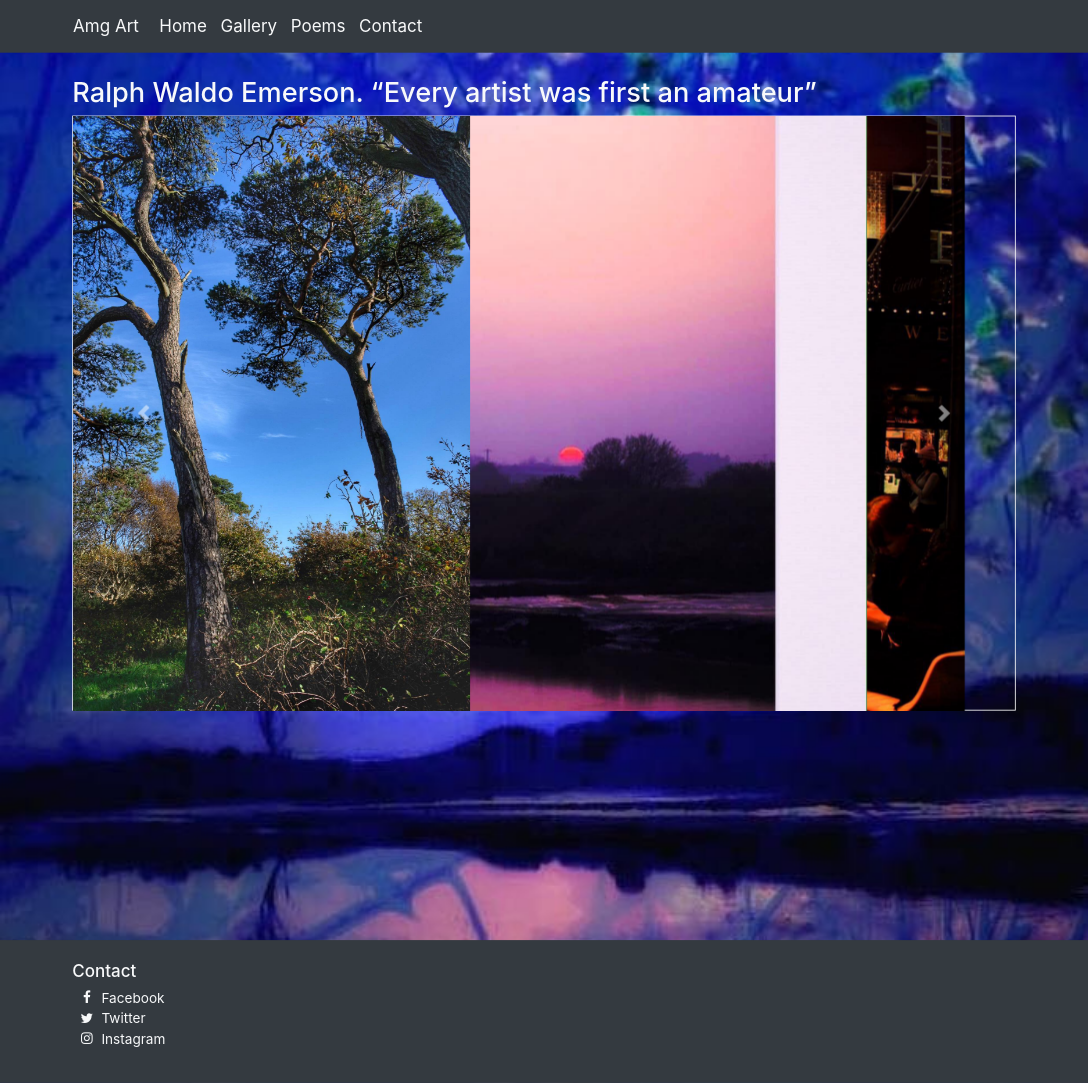
Repository: AllenGleeson/AmgArtGallery
Page: index.html
The author's editor kept a record of every edit. The page is drawn from the files as they stood at one moment, then again after the next edit.
The browser window is 1280 px wide. The pictures show the whole page, at 85% of full size.

Above is the page before.

### index.html
<!DOCTYPE html>
<html>

<head>
    <meta charset="UTF-8">
    <meta name="viewport" content="width=device-width, initial-scale=1.0">
    <meta http-equiv="X-UA-Compatible" content="ie=edge">
    <link rel="stylesheet" href="https://stackpath.bootstrapcdn.com/bootstrap/4.3.1/css/bootstrap.min.css" type="text/css" />
    <link rel="stylesheet" href="https://stackpath.bootstrapcdn.com/font-awesome/4.7.0/css/font-awesome.min.css" type="text/css" />
    <link rel="stylesheet" href="assets/css/style.css" type="text/css" />
</head>

<body>
    <header class="bg-dark mb-2">
        <nav class="navbar navbar-expand-sm navbar-light container">
            <a class="navbar-brand text-light" href="./index.html">Amg Art</a>
            <button class="navbar-toggler" type="button" data-toggle="collapse" data-target="#navbarNavAltMarkup" aria-controls="navbarNavAltMarkup" aria-expanded="false" aria-label="Toggle navigation">
                <span class="navbar-toggler-icon"></span>
            </button>
            <div class="collapse navbar-collapse" id="navbarNavAltMarkup">
                <div class="navbar-nav">
                    <a class="nav-item nav-link text-light" href="./index.html">Home</a>
                    <a class="nav-item nav-link text-light" href="./gallery1.html">Gallery</a>
                    <a class="nav-item nav-link text-light" href="./poems.html">Poems</a>
                    <a class="nav-item nav-link text-light active" href="./contact.html">Contact <span class="sr-only">(current)</span></a>
                </div>
            </div>
        </nav>
    </header>

    <section class="container">
        <div>
            <h2 class="text-light">Ralph Waldo Emerson. “Every artist was first an amateur”</h2>
            <div id="FeaturedImages" class="carousel" data-ride="carousel">
                <div class="carousel-inner">
                    <div class="carousel-item active">
                        <img class="d-block" src="assets/images/summertreeshowth.jpg" alt="First slide">
                    </div>
                    <div class="carousel-item">
                        <img class="d-block" src="assets/images/citydreaming.jpg" alt="Second slide">
                    </div>
                    <div class="carousel-item">
                        <img class="d-block" src="assets/images/latespringwicklow.jpg" alt="Third slide">
                    </div>
                    <div class="carousel-item active">
                        <img class="d-block" src="assets/images/sunsetmeath.jpg" alt="First slide">
                    </div>
                    <div class="carousel-item">
                        <img class="d-block" src="assets/images/rose.jpg" alt="Second slide">
                    </div>
                    <div class="carousel-item">
                        <img class="d-block" src="assets/images/poppyfield.jpg" alt="Third slide">
                    </div>
                    <div class="carousel-item active">
                        <img class="d-block" src="assets/images/summertreeshowth.jpg" alt="First slide">
                    </div>
                    <div class="carousel-item">
                        <img class="d-block" src="assets/images/citydreaming.jpg" alt="Second slide">
                    </div>
                    <div class="carousel-item">
                        <img class="d-block" src="assets/images/latespringwicklow.jpg" alt="Third slide">
                    </div>
                </div>
                <a class="carousel-control-prev" href="#FeaturedImages" role="button" data-slide="prev">
                    <span class="carousel-control-prev-icon" aria-hidden="true"></span>
                    <span class="sr-only">Previous</span>
                </a>
                <a class="carousel-control-next" href="#FeaturedImages" role="button" data-slide="next">
                    <span class="carousel-control-next-icon" aria-hidden="true"></span>
                    <span class="sr-only">Next</span>
                </a>
            </div>
        </div>
    </section>

    <footer class="p-4 bg-dark text-light">
        <div class="container">
            <div class="row">
                <div class="col-sm-6">
                    <h5>Contact</h5>

                    <ul class="fa-ul">
                        <li><a href="www.facebook.com/amgasdsd" class="text-light"><i class="fa-li fa fa-facebook"></i><span>Facebook</span></a></li>
                        <li><a href="www.twitter.com/amgasdsd" class="text-light"><i class="fa-li fa fa-twitter"></i><span>Twitter</span></a></li>
                        <li><a href="www.instagram.com/amgasdsd" class="text-light"><i class="fa-li fa fa-instagram"></i><span>Instagram</span></a></li>
                    </ul>
                </div>
            </div>
        </div>
    </footer>

    <script src="https://code.jquery.com/jquery-3.3.1.slim.min.js" integrity="sha384-q8i/X+965DzO0rT7abK41JStQIAqVgRVzpbzo5smXKp4YfRvH+8abtTE1Pi6jizo" crossorigin="anonymous"></script>
    <script src="https://cdnjs.cloudflare.com/ajax/libs/popper.js/1.14.7/umd/popper.min.js" integrity="sha384-UO2eT0CpHqdSJQ6hJty5KVphtPhzWj9WO1clHTMGa3JDZwrnQq4sF86dIHNDz0W1" crossorigin="anonymous"></script>
    <script src="https://stackpath.bootstrapcdn.com/bootstrap/4.3.1/js/bootstrap.min.js" integrity="sha384-JjSmVgyd0p3pXB1rRibZUAYoIIy6OrQ6VrjIEaFf/nJGzIxFDsf4x0xIM+B07jRM" crossorigin="anonymous"></script>
</body>
</html>

### assets/css/style.css
section {
    display: block;
    width: 1800px;
    padding: 20px;
}

/*------------------------------------------------Color*/

.contentColor {
    background-color: #6A5ACD;
}

/*------------------------------------------------Nav Bar*/

.navbar-toggler {
    background-color: #fafafa;
}

.navbar-nav {
    font-size: 20px;
}

body {
    background-image: url("../images/bluescape.jpg");
    background-size: cover;
    background-repeat: no-repeat;
    background-position: center center;
}


/*------------------------------------------------Home Page*/

#FeaturedImages {
    border: 1px solid black;
    border-color: #fafafa;
    max-height: 700px;
    margin-left: auto;
    margin-right: auto;
    width: fit-content;
}

.carousel-item img {
    max-height: 700px;
}

@media only screen and (max-width: 768px) {
    .carousel-item img {
        max-height: 300px;
        max-width: 300px;
    }
}

/*------------------------------------------------Gallery Page*/

.galleryImage {
    max-height: 350px;
    max-width: 100%;
    margin-bottom: 20px;
    -webkit-box-shadow: 21px 11px 53px 0px rgba(235, 209, 235, 0.92);
    -moz-box-shadow: 21px 11px 53px 0px rgba(235, 209, 235, 0.92);
    box-shadow: 21px 11px 53px 0px rgba(235, 209, 235, 0.92);
}

@media only screen and (max-width: 768px) {
    .galleryImage {
        max-height: none;
    }
}

.page-item.disabled .page-link {
    color: #dee2e6;
    pointer-events: none;
    cursor: auto;
    background-color: #343a40;
}

.page-item.active .page-link {
    z-index: 1;
    color: #343a40;
    background-color: #fff;
    border-color: #fff;
}

.page-link {
    position: relative;
    display: block;
    padding: .5rem .75rem;
    margin-left: -1px;
    line-height: 1.25;
    color: #fafafa;
    background-color: #343a40;
    border: 1px solid #dee2e6;
}

/*------------------------------------------------Poems*/

.poems {
    max-width: 100%;
    -webkit-box-shadow: 21px 11px 53px 0px rgba(235, 209, 235, 0.92);
    -moz-box-shadow: 21px 11px 53px 0px rgba(235, 209, 235, 0.92);
    box-shadow: 21px 11px 53px 0px rgba(235, 209, 235, 0.92);
    padding: 0;
    border: none;
}

/*------------------------------------------------Contact*/

.aboutmeContainer {
    -webkit-box-shadow: 21px 11px 53px 0px rgba(235, 209, 235, 0.92);
    -moz-box-shadow: 21px 11px 53px 0px rgba(235, 209, 235, 0.92);
    box-shadow: 21px 11px 53px 0px rgba(235, 209, 235, 0.92);
    margin-bottom: 90px;
}

#aboutmeBio {
    font-size: 22px;
    font-family: Noto Sans, "san-serif";
    color: #fafafa;
}

#aboutImage {
    max-height: 350px;
    max-width: 100%;
    margin-bottom: 20px;
    -webkit-box-shadow: 21px 11px 53px 0px rgba(235, 209, 235, 0.92);
    -moz-box-shadow: 21px 11px 53px 0px rgba(235, 209, 235, 0.92);
    box-shadow: 21px 11px 53px 0px rgba(235, 209, 235, 0.92);
}

@media only screen and (max-width: 768px) {
    #aboutImage {
        max-height: none;
    }
}

/*------------------------------------------------Footer*/

footer {
    bottom: 0;
    width: 100%;
    white-space: nowrap;
    /* Set the fixed height of the footer here */
    margin: 0;
    margin-top: 250px;
}

@media only screen and (max-width: 500px) {
    footer {
        margin-top: 20px;
    }
}

#footer-icon {
    max-width: 150px;
}

After the next edit:
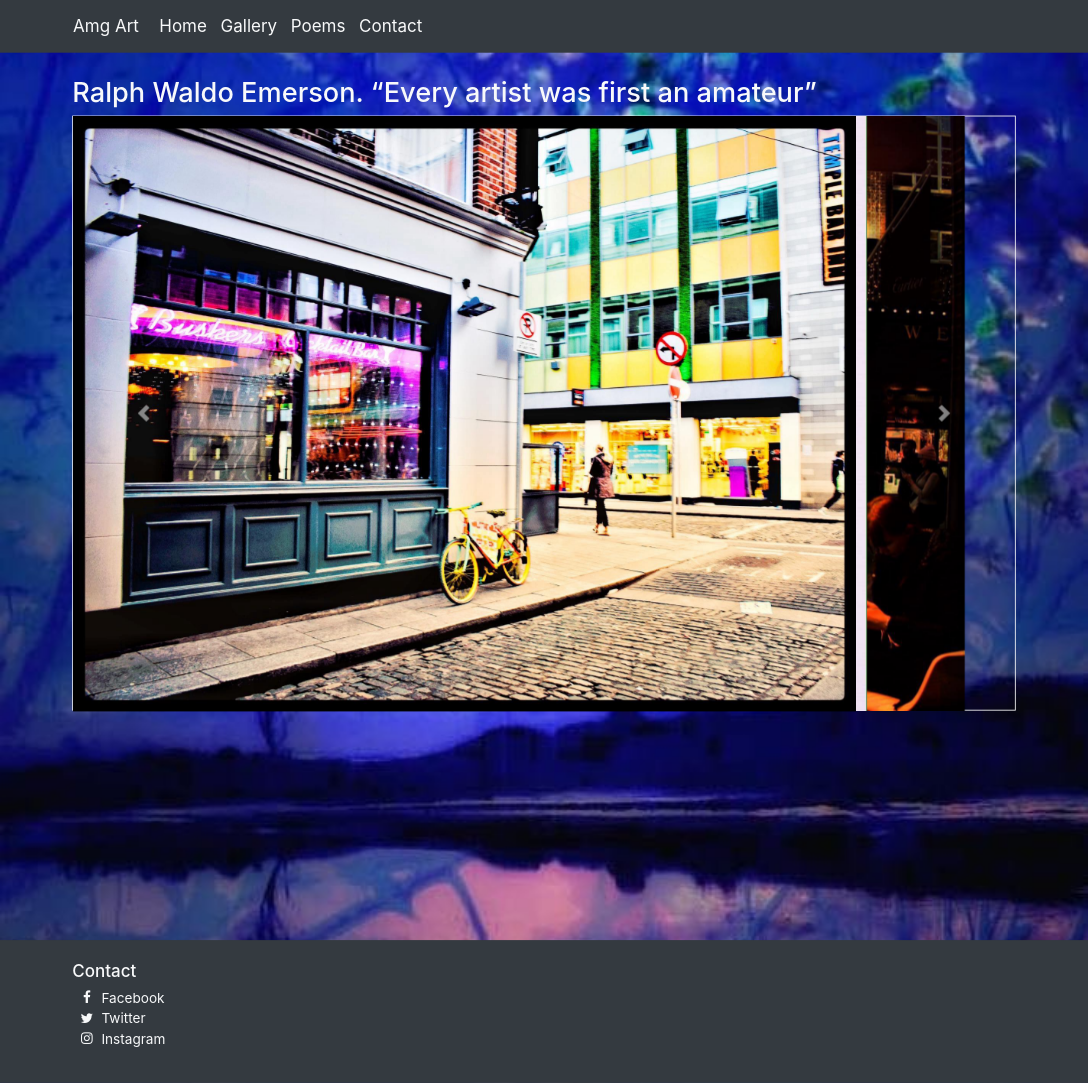
The edit:
--- a/index.html
+++ b/index.html
@@ -52,7 +52,7 @@
                         <img class="d-block" src="assets/images/poppyfield.jpg" alt="Third slide">
                     </div>
                     <div class="carousel-item active">
-                        <img class="d-block" src="assets/images/summertreeshowth.jpg" alt="First slide">
+                        <img class="d-block" src="assets/images/dublincafe.jpg" alt="First slide">
                     </div>
                     <div class="carousel-item">
                         <img class="d-block" src="assets/images/citydreaming.jpg" alt="Second slide">
